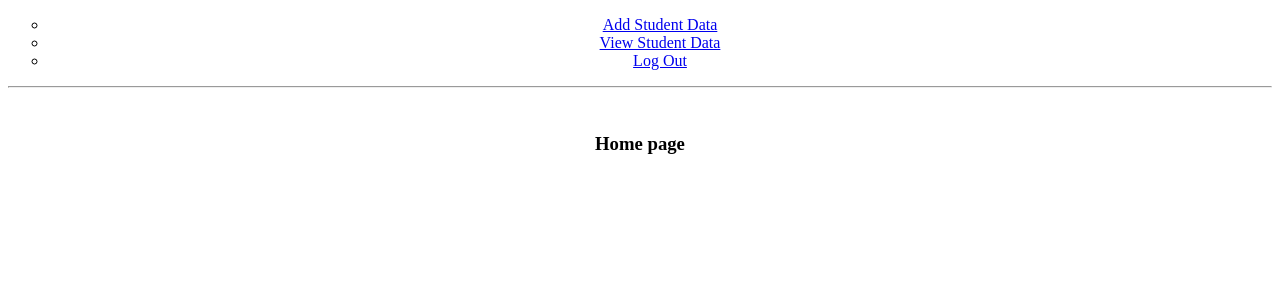
Repository: KrishMoradiya/Aixtor-Training-Projects-Backup
Page: http://localhost/CRUD_Student/index.jsp
An editor plug-in stored every save of this project. The page is shown before and after the next save, followed by the edit.
The browser window is 1280 px wide. The pictures show the whole page.
The page is served by Tomcat 10. Nobody is signed in. The application's start-up code is not run.

Above is the page before, as saved 2023-12-21 12:32:36.

After the next save:
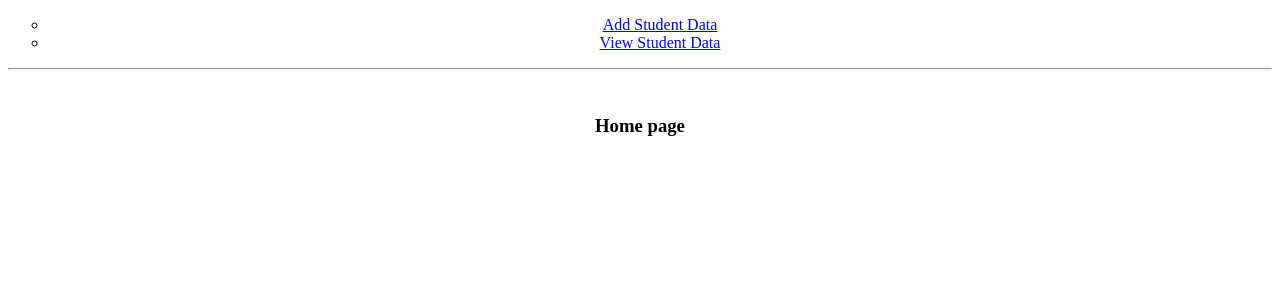
Saved 56 s later.
--- a/Workspace - Eclipse Enterprise Edition/CRUD_Student/src/main/webapp/header.jsp
+++ b/Workspace - Eclipse Enterprise Edition/CRUD_Student/src/main/webapp/header.jsp
@@ -1,3 +1,4 @@
+<%@page import="com.Classes.AuthUser"%>
 <%@ page language="java" contentType="text/html; charset=UTF-8"
     pageEncoding="UTF-8"%>
 <!DOCTYPE html PUBLIC "-//W3C//DTD HTML 4.01 Transitional//EN" "http://www.w3.org/TR/html4/loose.dtd">
@@ -11,7 +12,13 @@
 		<ul type="circle">
 			<li><a href="Register.jsp">Add Student Data</a></li>
 			<li><a href="/CRUD_Student/GetStudentData">View Student Data</a></li>
-			<li><a href="/CRUD_Student/GetStudentData">Log Out</a></li>
+			<%
+				if(AuthUser.authUser ==1){
+			%>
+				<li><a href="/CRUD_Student/GetStudentData">Log Out</a></li>
+			<%
+				}
+			%>
 		</ul>
 		<hr><br>
 	</center>
